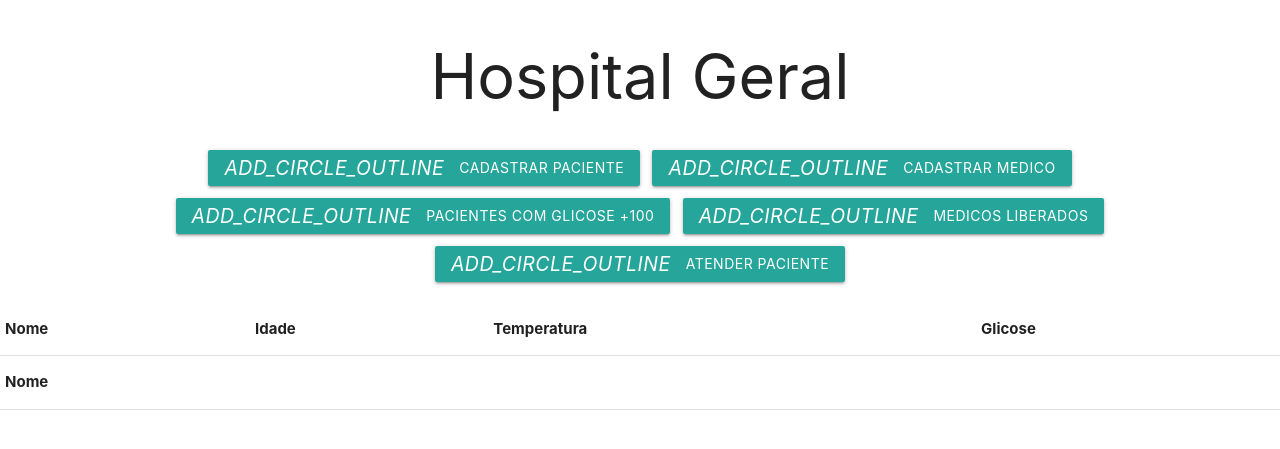
Repository: Greg123-del/hospitalapp
Page: http://localhost/index
These files come from the project's save history. The page is drawn as it stood at one moment and after the next save; the edit follows.
The browser window is 1280 px wide. The pictures show the whole page.
The page is this project's Thymeleaf template; nobody is signed in. The template is opened directly, without the code that normally fills it, so the values that code supplies are empty.

Above is the page before, as saved 2019-09-20 14:24:56.

After the next save:
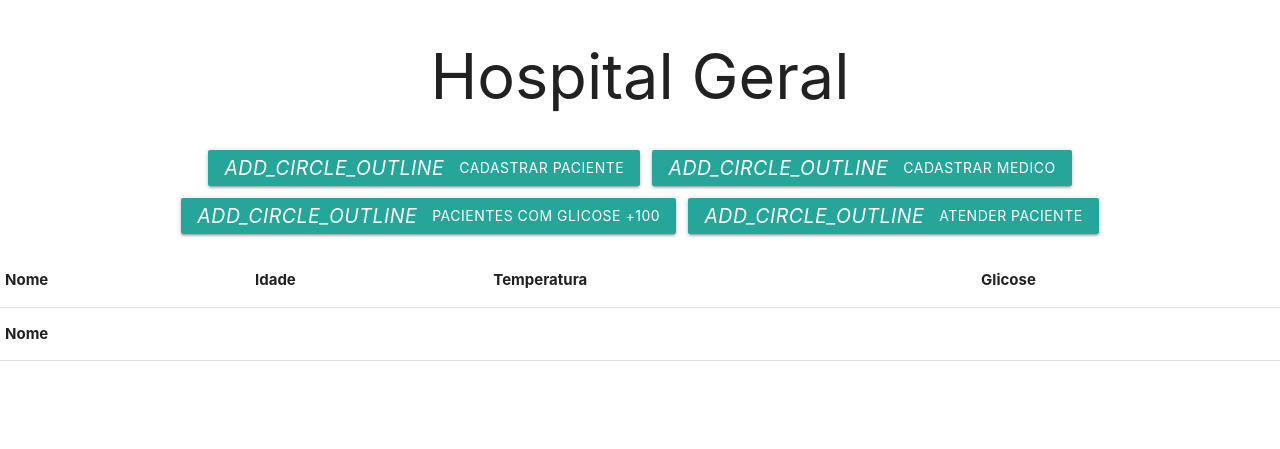
Saved 47 s later.
--- a/Hospital-Backend/hospitalapp/src/main/resources/templates/index.html
+++ b/Hospital-Backend/hospitalapp/src/main/resources/templates/index.html
@@ -23,7 +23,6 @@
 <a href="/cadastrarPaciente" class="waves-effect waves-light btn"><i class="material-icons left">add_circle_outline</i>Cadastrar Paciente</a>
 <a href="/cadastrarMedico" class="waves-effect waves-light btn"><i class="material-icons left">add_circle_outline</i>Cadastrar Medico</a>
 <a href="/listarPaciente" class="waves-effect waves-light btn"><i class="material-icons left">add_circle_outline</i>Pacientes com glicose +100</a>
-<a href="/listarMedico" class="waves-effect waves-light btn"><i class="material-icons left">add_circle_outline</i>Medicos Liberados</a>
 <a href="/atenderPaciente" class="waves-effect waves-light btn"><i class="material-icons left">add_circle_outline</i>Atender Paciente</a>
 
 
